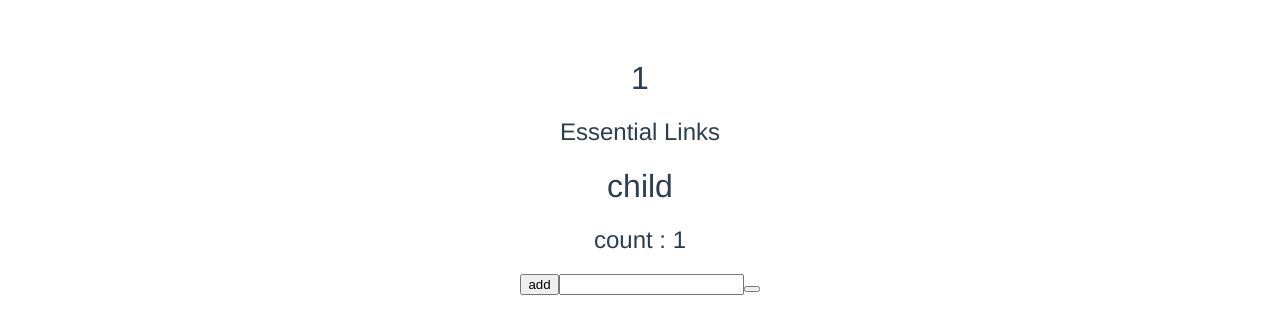
Repository: NotTooTwo/vueRouter
Page: /#/
The author's editor kept a copy of each file at every save. The page is drawn from the files as they stood at one save, then again after the next save.
The browser window is 1280 px wide. The pictures show the whole page.
The project was rebuilt for these pictures with package versions that can differ from the ones it lists, and the page was loaded fresh each time.

Above is the page before, as saved 2018-03-13 09:38:13.

After the next save:
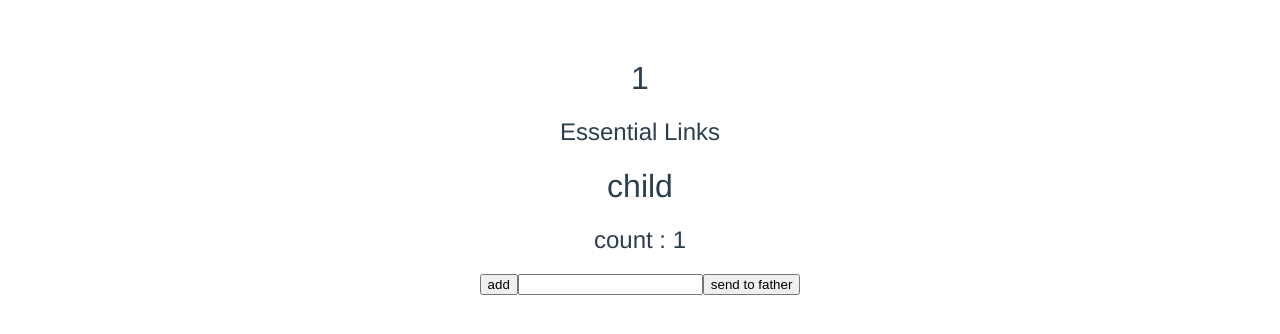
Saved 9 s later.
--- a/src/components/child.vue
+++ b/src/components/child.vue
@@ -3,7 +3,7 @@
     <h1>child</h1>
     <h2>count : {{count}}</h2>
     <button @click='add'>add</button>
-    <input type="text"><button></button>
+    <input type="text"><button>send to father</button>
   </div>
 </template>
 
